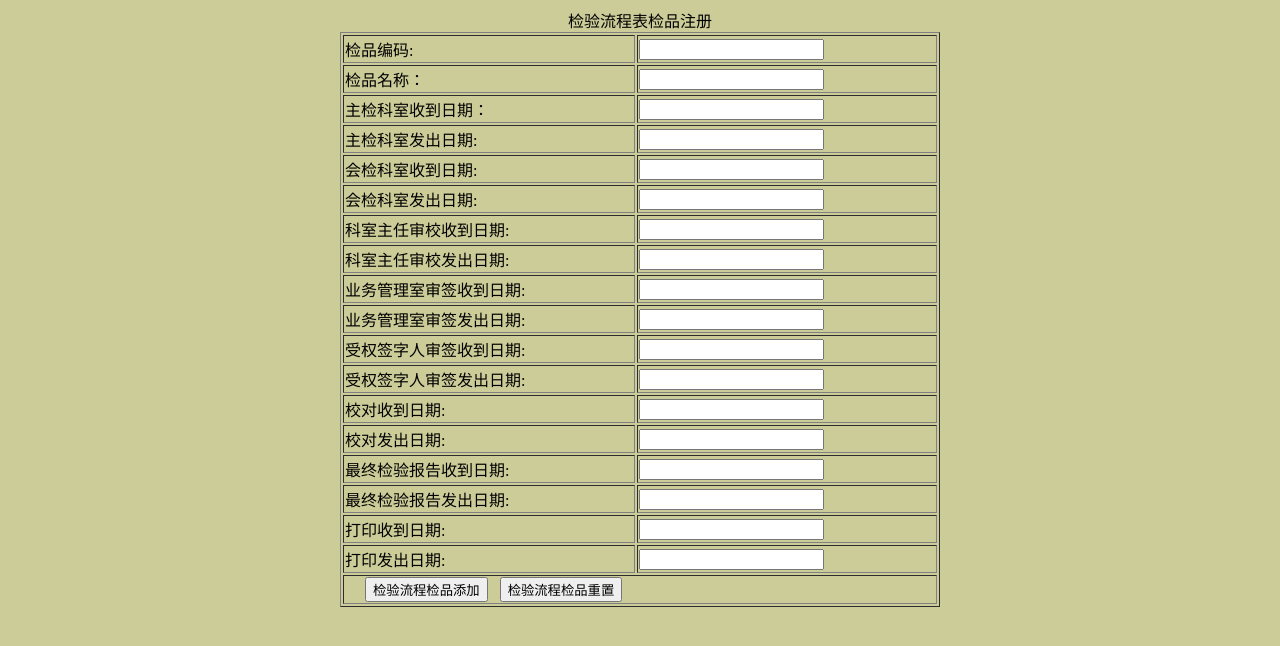
Repository: Shaoxubao/Java
Page: http://localhost/msm/jsp/final/sampleflow_final.jsp
An editor plug-in stored every save of this project. The page is shown before and after the next save, followed by the edit.
The browser window is 1280 px wide. The pictures show the whole page.
The page is served by Tomcat 9. Nobody is signed in. The application's start-up code is not run. The template is opened directly, without the code that normally fills it, so the values that code supplies are empty.

Above is the page before, as saved 2015-06-10 09:33:29.

After the next save:
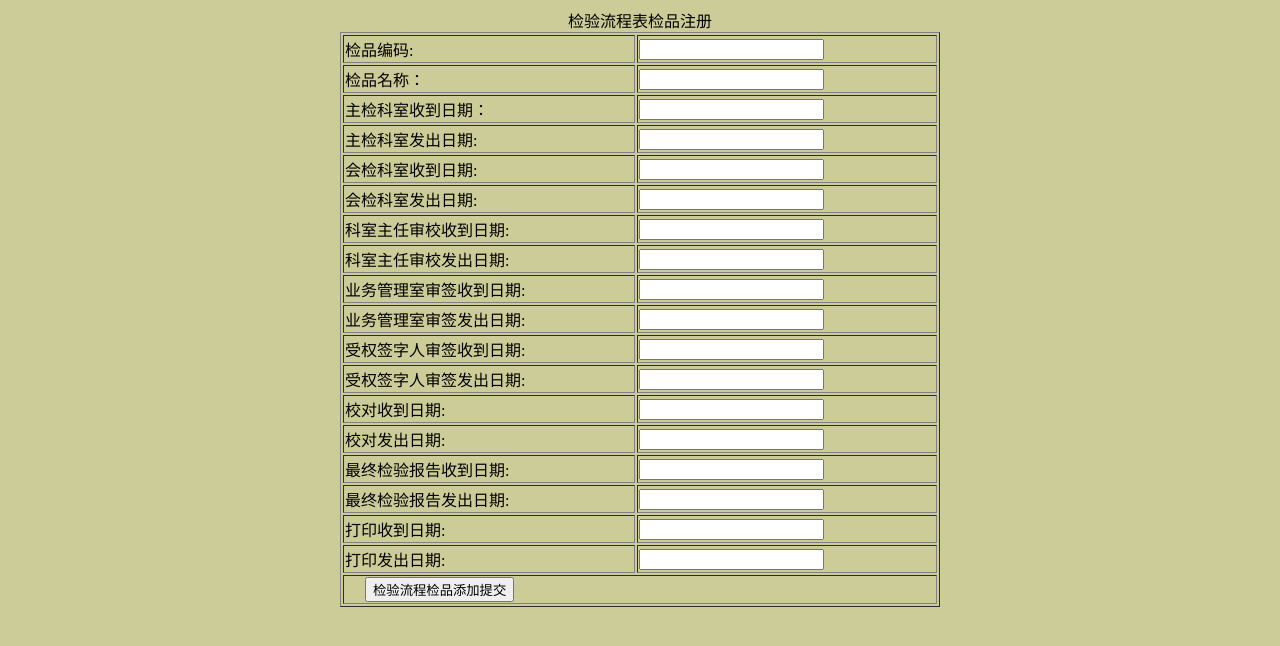
Saved 10 min 19 s later.
--- a/msm/WebContent/jsp/final/sampleflow_final.jsp
+++ b/msm/WebContent/jsp/final/sampleflow_final.jsp
@@ -69,9 +69,7 @@
             <tr>
               <td colspan="2">
                 &nbsp;&nbsp;&nbsp;&nbsp;
-                <input type="submit" name="add" value="检验流程检品添加"/>
-                &nbsp;
-                <input type="reset"  name="ret" value="检验流程检品重置"/>
+                <input type="submit" name="add" value="检验流程检品添加提交"/>
               </td>
             </tr>
 
